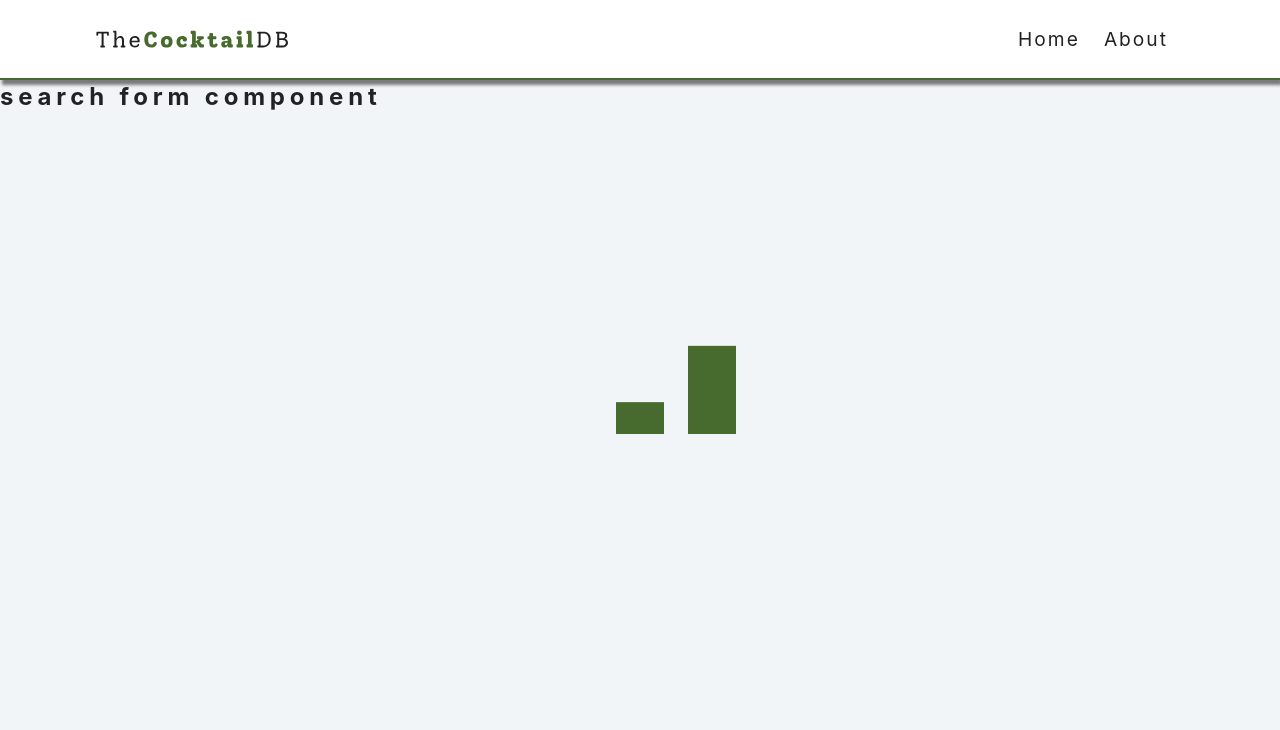
Repository: bodescuanamariia/cocktails
Page: /
An editor plug-in stored every save of this project. The page is shown before and after a run of saves, followed by the edit.
The browser window is 1280 px wide. The pictures show the whole page.
The page's requests for data from a server got no answer. The project was rebuilt for these pictures with package versions that can differ from the ones it lists, and the page was loaded fresh each time. No one was signed in, and anything a server would have sent is missing. Also part of the build but not shown: src/components/Cocktail.js, src/pages/About.js, src/pages/SingleCocktail.js, src/pages/Error.js.

Above is the page before, as saved 2022-05-05 17:03:09.

### src/App.js
import React from "react";
import { BrowserRouter as Router, Route, Routes } from "react-router-dom";
// import pages
import Home from "./pages/Home";
import About from "./pages/About";
import SingleCocktail from "./pages/SingleCocktail";
import Error from "./pages/Error";
// import components
import Navbar from "./components/Navbar";
function App() {
  return (
    <Router>
      <Navbar />
      <Routes>
        <Route exact path="/" element={<Home />} />
        <Route path="about" element={<About />} />
        <Route path="cocktail/:id" element={<SingleCocktail />} />
        <Route path="*" element={<Error />} />
      </Routes>
    </Router>
  );
}

export default App;

### src/context.js
import React, { useState, useContext, useEffect } from "react";
import { useCallback } from "react";

const url = "https://www.thecocktaildb.com/api/json/v1/1/search.php?s=";
const AppContext = React.createContext();

const AppProvider = ({ children }) => {
  const [loading, setLoading] = useState(true);
  const [searchTerm, setSearchTerm] = useState("a");
  const [cocktails, setCocktails] = useState([]);

  return (
    <AppContext.Provider
      value={{ loading, searchTerm, cocktails, setSearchTerm }}
    >
      {children}
    </AppContext.Provider>
  );
};
export const useGlobalContext = () => {
  return useContext(AppContext);
};

export { AppContext, AppProvider };

### src/components/CocktailList.js
import React from "react";
import Cocktail from "./Cocktail";
import Loading from "./Loading";
import { useGlobalContext } from "../context";

const CocktailList = () => {
  const { Cocktails, loading } = useGlobalContext();

  if (loading) {
    return <Loading />;
  }
  if (Cocktails.length < 1) {
    return (
      <h2 className="section-title">
        No cocktails matched your search criteria
      </h2>
    );
  }

  return (
    <div>
      <h2>cocktail list component</h2>
    </div>
  );
};

export default CocktailList;

### src/components/SearchForm.js
import React from "react";
import { useGlobalContext } from "../context";

const SearchForm = () => {
  const { searchTerm } = useGlobalContext();
  return (
    <div>
      <h2>search form component</h2>
    </div>
  );
};

export default SearchForm;

Loaded but not shown: public/index.html (common file); src/index.js (common file); src/index.css (common file); src/pages/Home.js (common file); src/components/Navbar.js (common file); src/components/Loading.js (common file)

After the next 4 saves:
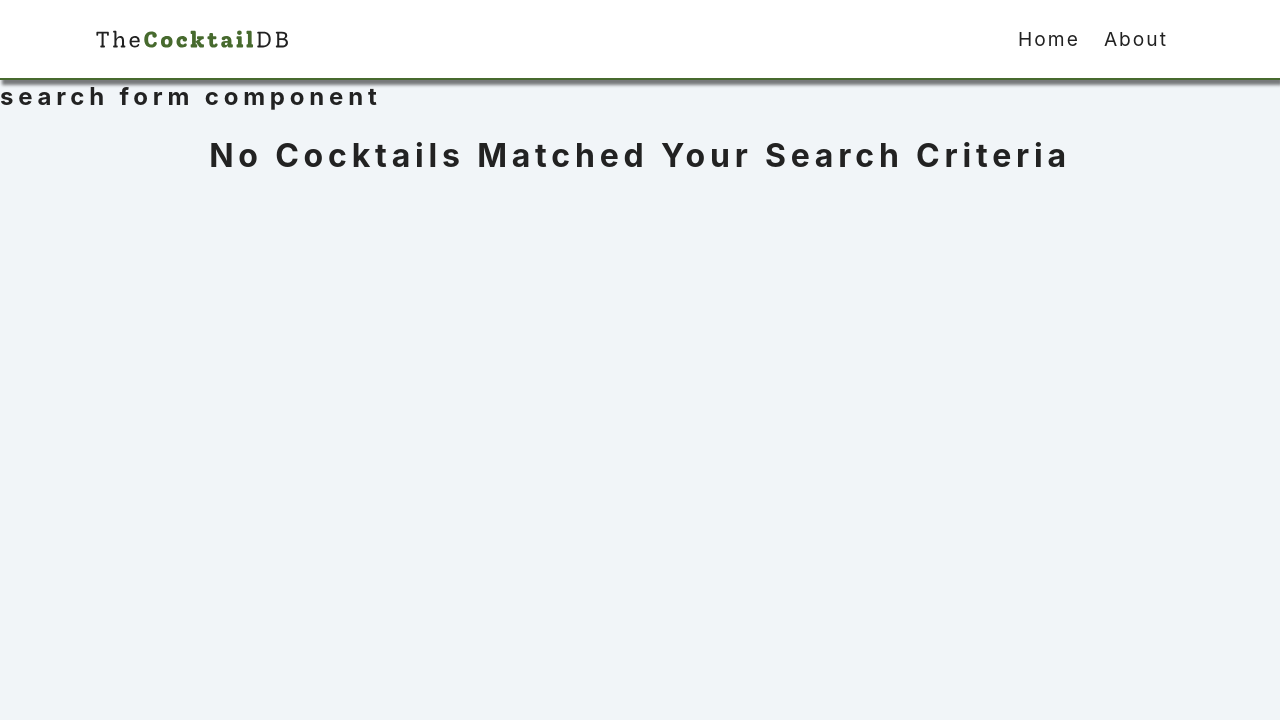
The 4 saves are shown as one change because 3 did not build or start.
The last was saved 57 s later.
--- a/src/context.js
+++ b/src/context.js
@@ -5,7 +5,7 @@
 const AppContext = React.createContext();
 
 const AppProvider = ({ children }) => {
-  const [loading, setLoading] = useState(true);
+  const [loading, setLoading] = useState(false);
   const [searchTerm, setSearchTerm] = useState("a");
   const [cocktails, setCocktails] = useState([]);
 
--- a/src/components/CocktailList.js
+++ b/src/components/CocktailList.js
@@ -4,12 +4,12 @@ import Loading from "./Loading";
 import { useGlobalContext } from "../context";
 
 const CocktailList = () => {
-  const { Cocktails, loading } = useGlobalContext();
+  const { cocktails, loading } = useGlobalContext();
 
   if (loading) {
     return <Loading />;
   }
-  if (Cocktails.length < 1) {
+  if (cocktails.length < 1) {
     return (
       <h2 className="section-title">
         No cocktails matched your search criteria

After the 4 saves that followed:
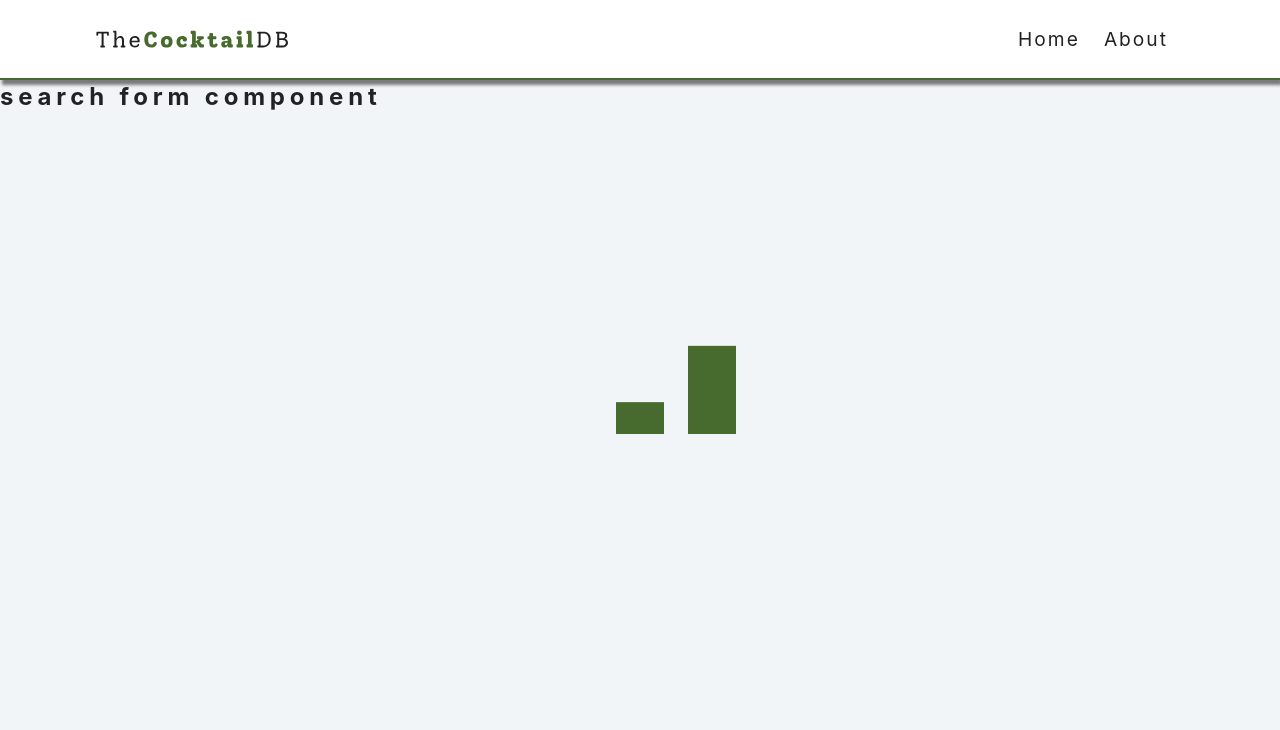
The 4 saves are shown as one change because 3 left the picture as it was.
The last was saved 13 min 45 s later.
--- a/src/context.js
+++ b/src/context.js
@@ -8,6 +8,19 @@
   const [loading, setLoading] = useState(false);
   const [searchTerm, setSearchTerm] = useState("a");
   const [cocktails, setCocktails] = useState([]);
+
+  const fetchDrinks = async () => {
+    setLoading(true);
+    try {
+      const response = await fetch(`${url}${searchTerm}`);
+      const data = response.json();
+      console.log(data);
+    } catch (error) {}
+  };
+
+  useEffect(() => {
+    fetchDrinks();
+  }, []);
 
   return (
     <AppContext.Provider
